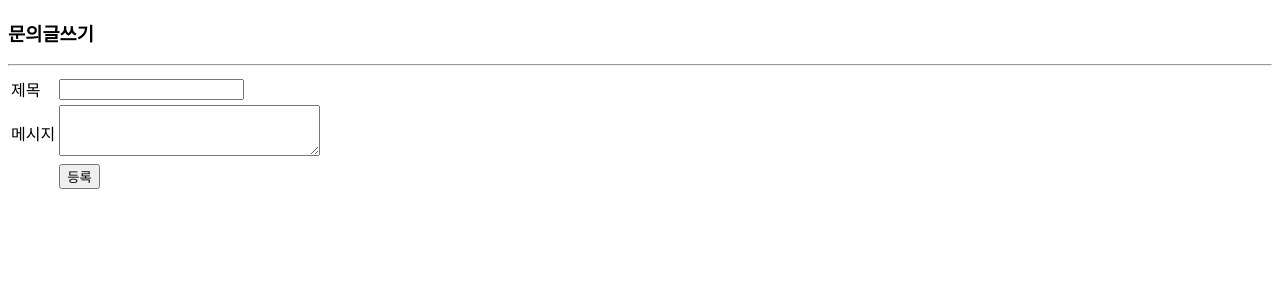
Repository: soo74/bitcamp2019_hs
Page: http://localhost/client_riding/writeForm.jsp
An editor plug-in stored every save of this project. The page is shown before and after the next save, followed by the edit.
The browser window is 1280 px wide. The pictures show the whole page.
The page is served by Tomcat 9.

Above is the page before, as saved 2019-09-06 01:19:22.

### client_riding/WebContent/writeForm.jsp
<%@ page language="java" contentType="text/html; charset=UTF-8"
    pageEncoding="UTF-8"%>
<!DOCTYPE html>
<html>
<head>
<meta charset="UTF-8">
<title>Insert title here</title>
<script src="https://code.jquery.com/jquery-1.12.4.js"></script>
<style>

</style>
</head>
<body>

	<h3>문의글쓰기</h3>
	<hr>
	<form action="write" method="post">
		<table>
			<tr>
				<td>제목</td>
				<td><input type="text" name="title"></td>
			</tr>
			<tr>
				<td>메시지</td>
				<td><textarea rows="3" cols="30" name="message"></textarea></td>
			</tr>
			<tr>
				<td></td>
				<td><input type="submit" value="등록"></td>
			</tr>
		</table>
	</form>

</body>
</html>

After the next save:
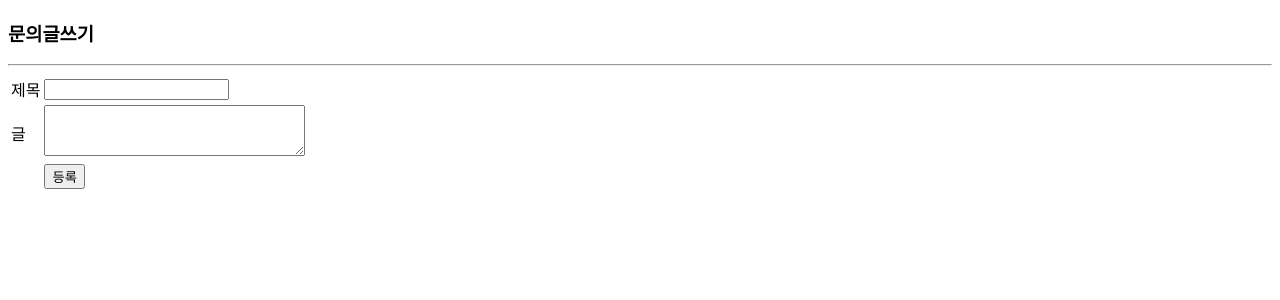
Saved 14 s later.
--- a/client_riding/WebContent/writeForm.jsp
+++ b/client_riding/WebContent/writeForm.jsp
@@ -21,7 +21,7 @@
 				<td><input type="text" name="title"></td>
 			</tr>
 			<tr>
-				<td>메시지</td>
+				<td>글</td>
 				<td><textarea rows="3" cols="30" name="message"></textarea></td>
 			</tr>
 			<tr>
